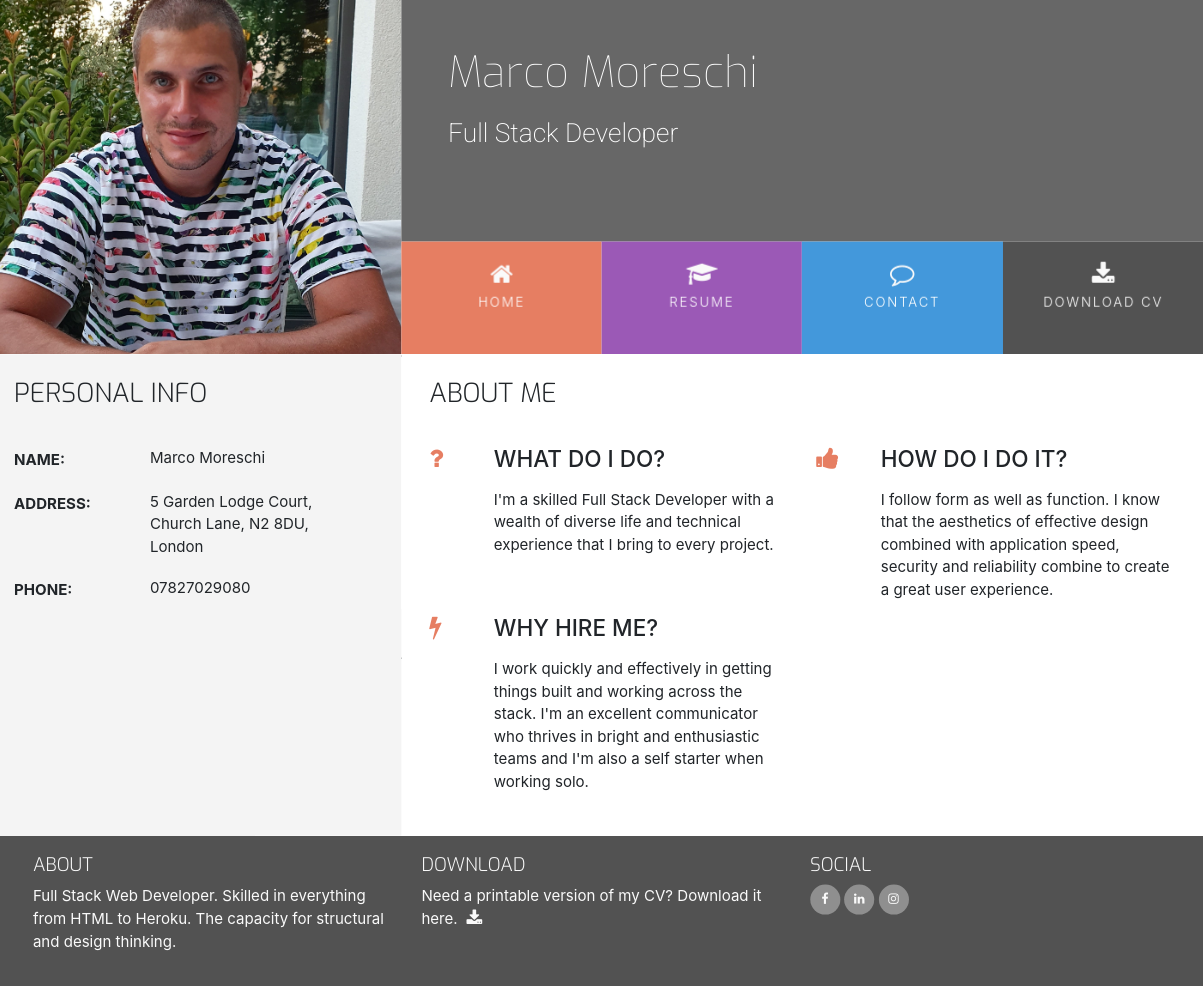
Repository: marcomoreschi/Mini-Project
Page: index.html
The author's editor kept a record of every edit. The page is drawn from the files as they stood at one moment, then again after the next edit.
The browser window is 1280 px wide. The pictures show the whole page, at 94% of full size.
Some web libraries are served in a nearby version.

Above is the page before.

After the next edit:
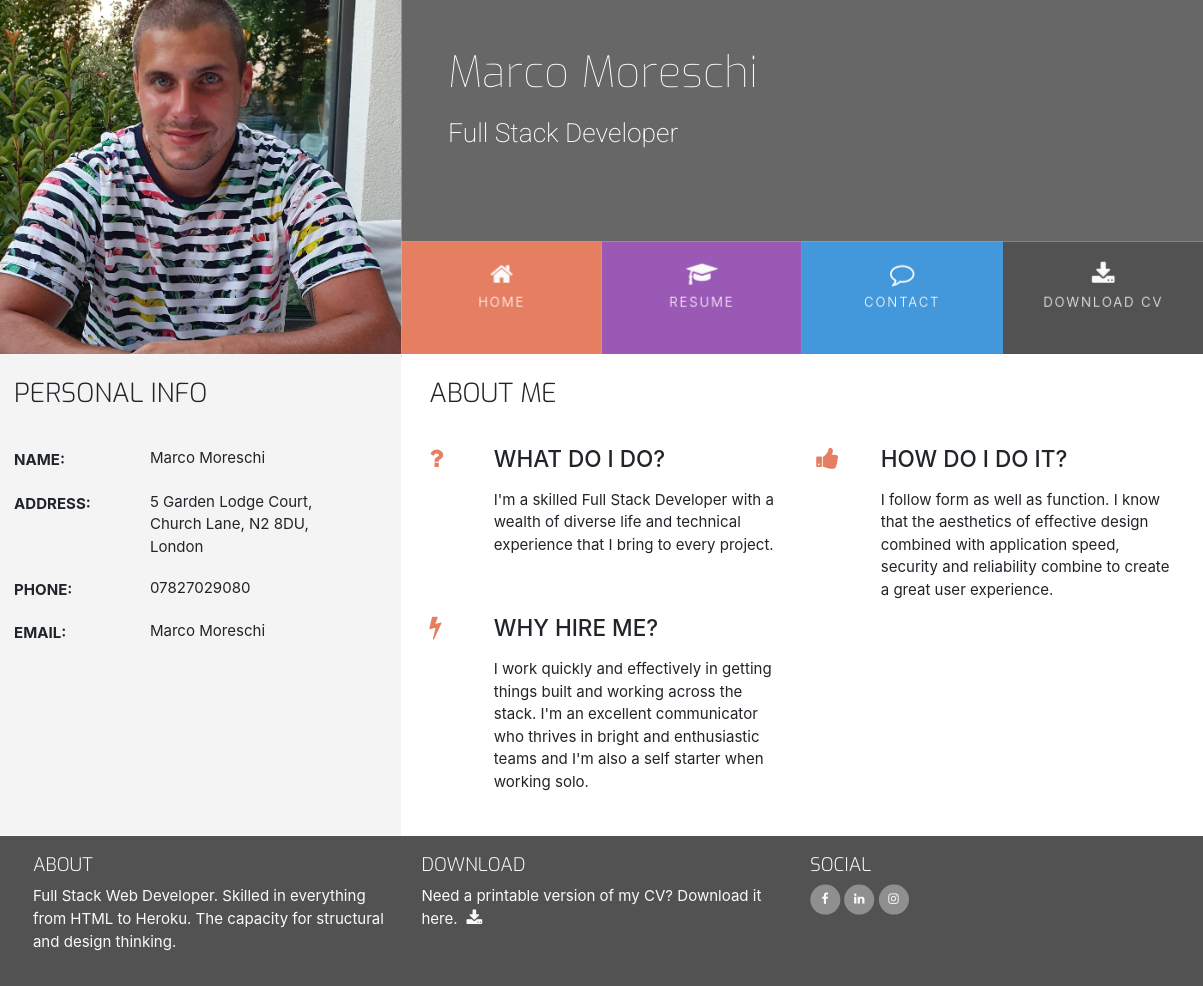
The edit:
--- a/index.html
+++ b/index.html
@@ -85,6 +85,18 @@
                     <div class="value">
                         <p>
                            07827029080
+                        </p>
+                    </div>
+                </div>
+                <div class="personal-info-item">
+                    <div class="key">
+                        <p class="uppercase">
+                          Email:
+                        </p>
+                    </div>
+                    <div class="value">
+                        <p>
+                           Marco Moreschi
                         </p>
                     </div>
                 </div>
